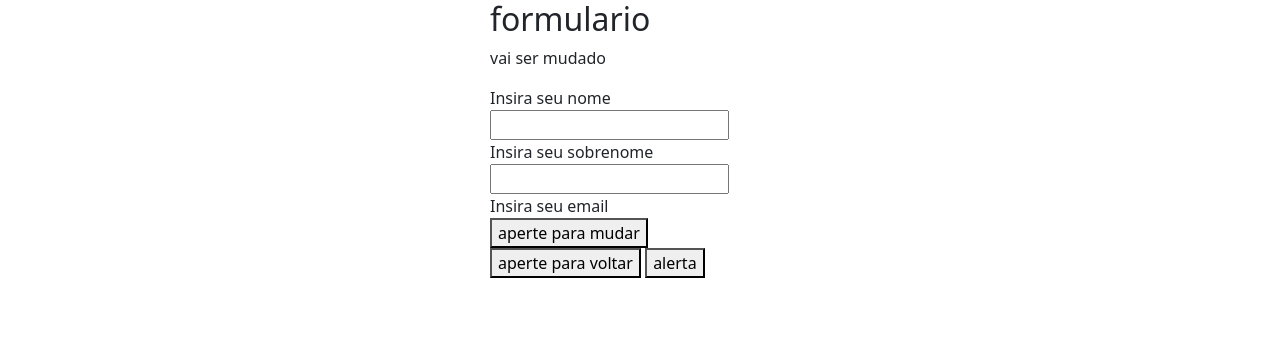
Repository: Nnunes55/formulario
Page: th/index.html
The author's editor kept a copy of each file at every save. The page is drawn from the files as they stood at one save, then again after a run of saves.
The browser window is 1280 px wide. The pictures show the whole page.

Above is the page before, as saved 2025-04-10 15:45:12.

### th/index.html
<!DOCTYPE html>
<html lang="en">
<head>
    <meta charset="UTF-8">
    <meta name="viewport" content="width=device-width, initial-scale=1.0">
    <title>Document</title>
    <link rel="stylesheet" href="/th/style.css">
    <link rel="stylesheet" href="https://cdn.jsdelivr.net/npm/bootstrap@5.3.5/dist/css/bootstrap.min.css">
    <link rel="stylesheet" href="https://cdn.jsdelivr.net/npm/bootstrap@5.3.5/dist/js/bootstrap.bundle.min.js
">
</head>
<body>
    <div class="container">
        <div class="box">

            <h2 id="textoteste">formulario</h2>


   <p id="demo">vai ser mudado</p>

    <div>
        <label for="firstName">Insira seu nome</label>
        <input type="text" id="firstName"><br>
    </div>
    <div>
        <label for="lastName">Insira seu sobrenome</label>
        <input type="text" id="lastName"><br>
    </div>
    <div>
        <label for="email">Insira seu email</label>
    </div>
    <div>
    <button type="button" onclick="myFunction()">aperte para mudar</button>

    <button type="button" onclick="myFunction2()">aperte para voltar</button>

    <button type="button" onclick= window.print()>alerta</button>
    </div>
    </div>
    </div>

    <script src="/th/index.js"></script>
</body>
</html>

### th/style.css
img{
    width: 400px;
    height: 400px;
    border-radius: 50px;
}
#botao{
    width: 200px;
    height: fit-content;
    size: 200px;
    color: aquamarine;
}
#ht{
    margin-top: 50px;
    margin-left: 50px;
}
.container {
    display: flex;
    flex-direction: row;
    justify-content: center;
    align-items: center;
    gap: 4px;
    height: 100%;
    width: 100%;
  }
.box{
    width: 300px;
    height: 300px;
    background: #fff;
}

### th/index.js
let x, y, z;
x = 10;
y = 24;
z = x + y;
a = 34;

function myFunction() {
    document.getElementById("demo").innerHTML = "Paragrafo mudado.";
  }

function myFunction2() {
  document.getElementById("demo").innerHTML = '<h2>vai ser mudado</h2>';
}

function myfunction3() {
  window.print();
}
console.log(a);

After the next 2 saves:
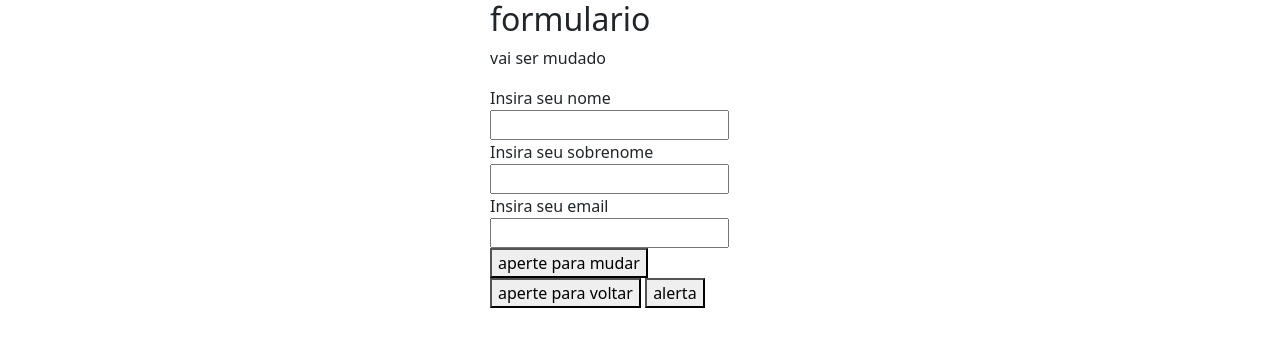
The 2 saves are shown as one change because they came seconds apart.
The last was saved 8 s later.
--- a/th/index.html
+++ b/th/index.html
@@ -28,6 +28,7 @@
     </div>
     <div>
         <label for="email">Insira seu email</label>
+        <input type="email">
     </div>
     <div>
     <button type="button" onclick="myFunction()">aperte para mudar</button>
